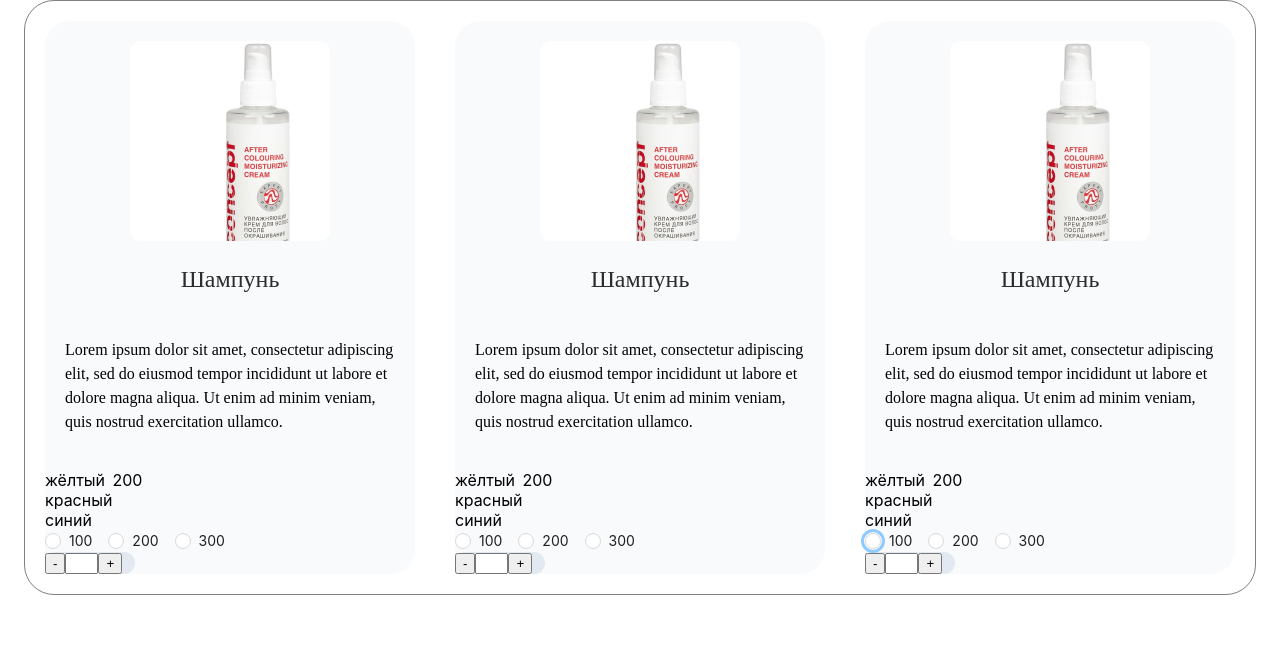
Repository: MiroslavWise/shamptu
Page: /
The author's editor kept a copy of each file at every save. The page is drawn from the files as they stood at one save, then again after the next save.
The browser window is 1280 px wide. The pictures show the whole page.
The project was rebuilt for these pictures with package versions that can differ from the ones it lists, and the page was loaded fresh each time. Also part of the build but not shown: src/App.css.

Above is the page before, as saved 2022-02-17 13:25:51.

After the next save:
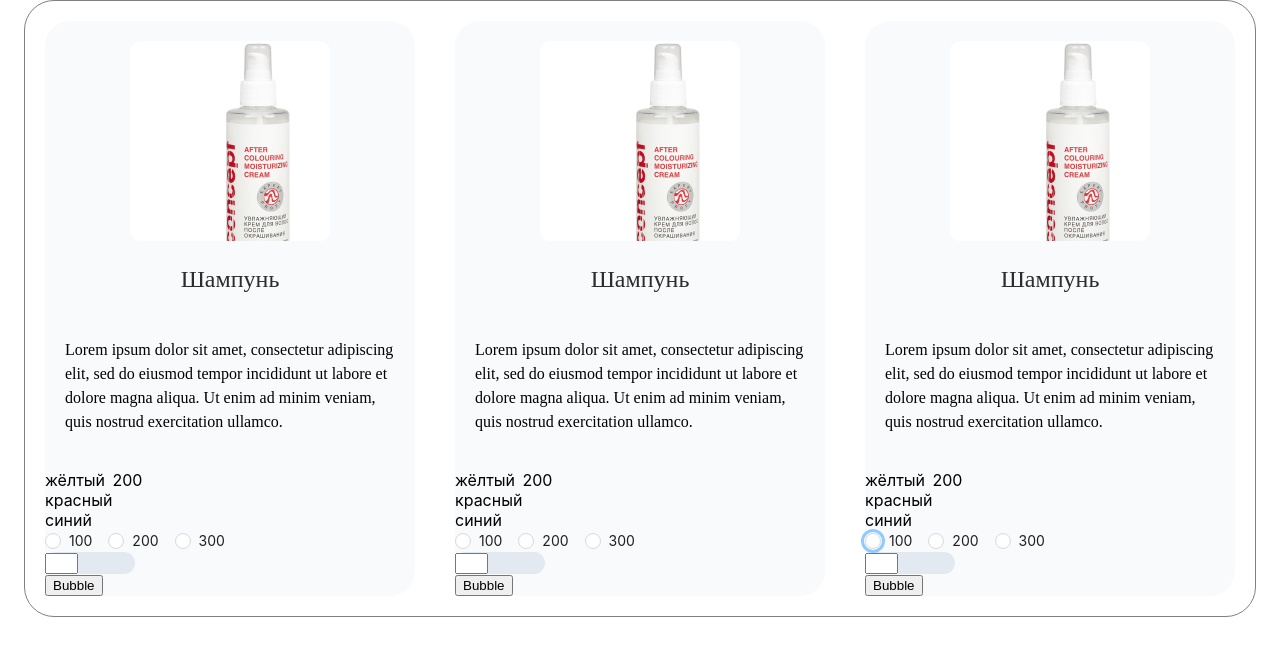
Saved 4 min 10 s later.
--- a/src/components/items/SpamItem.jsx
+++ b/src/components/items/SpamItem.jsx
@@ -45,8 +45,8 @@
                     <Radio value={300}>300</Radio>
                 </Radio.Group>
                 <div className='footer'>
-                    <div className='quantity'><button>-</button><input type={'number'} min={1}></input><button>+</button></div>
-                    <div className='button'></div>
+                    <div className='quantity'><input type={'number'} min={1}></input></div>
+                    <div className='button'><button>Bubble</button></div>
                 </div>
             </div>
         </div>
